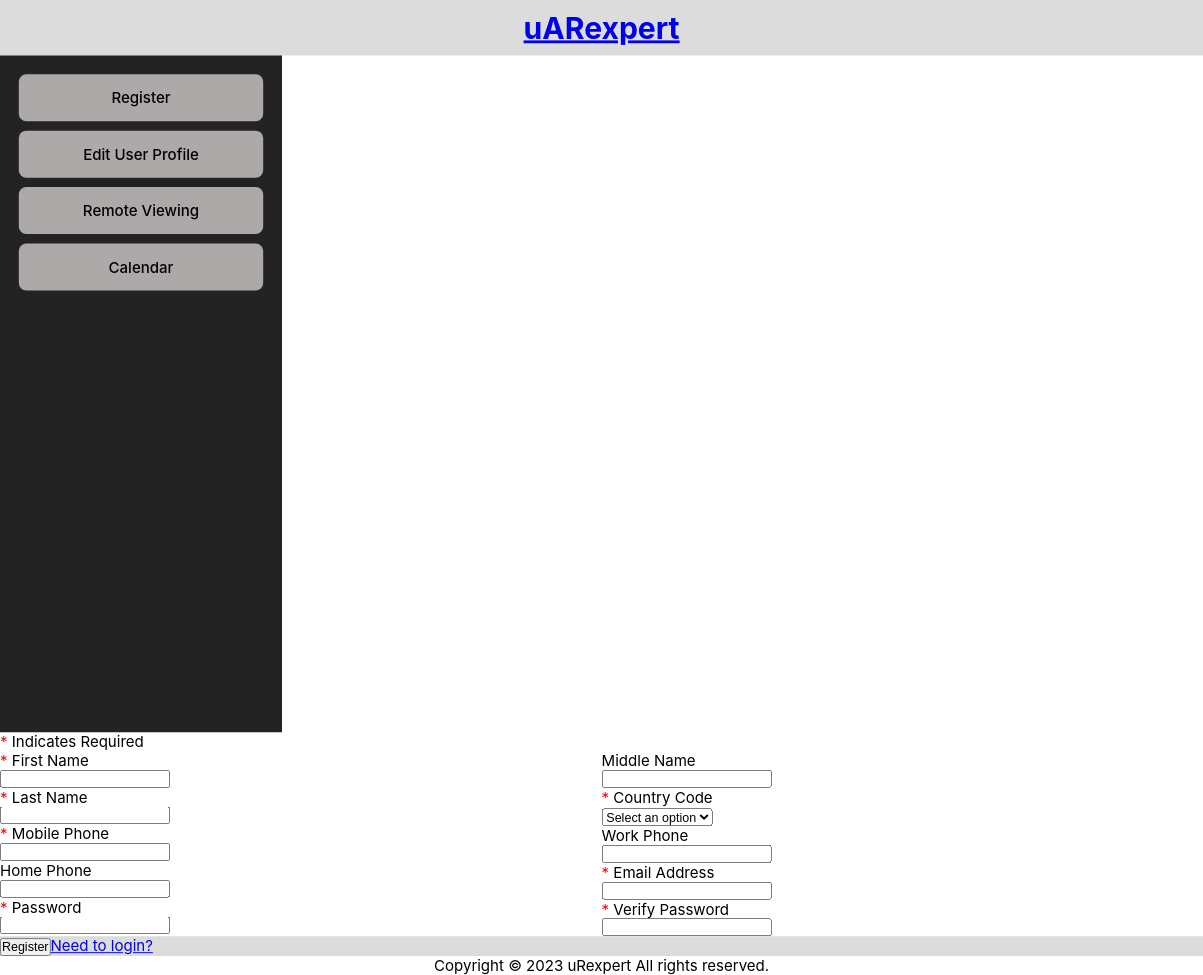
Repository: onionNguyen/Senior-Design-Project
Page: /register (app in frontend/)
An editor plug-in stored every save of this project. The page is shown before and after the next save, followed by the edit.
The browser window is 1280 px wide. The pictures show the whole page, at 94% of full size.
The page's requests for data from a server got no answer. The project was rebuilt for these pictures with package versions that can differ from the ones it lists, and the page was loaded fresh each time. No one was signed in, and anything a server would have sent is missing. Also part of the build but not shown: frontend/src/components/pages/edit-user-profile/EditProfile.module.css, frontend/src/components/pages/edit-user-profile/EditProfile.js, frontend/src/components/pages/login/Login.module.css, frontend/src/components/pages/login/Login.js, frontend/src/components/pages/home/Home.module.css, frontend/src/components/pages/error/Unauthorized.js, frontend/src/components/pages/home/Home.js, frontend/src/components/pages/error/NotFound.js and 2 more.

Above is the page before, as saved 2023-10-27 01:28:52.

After the next save:
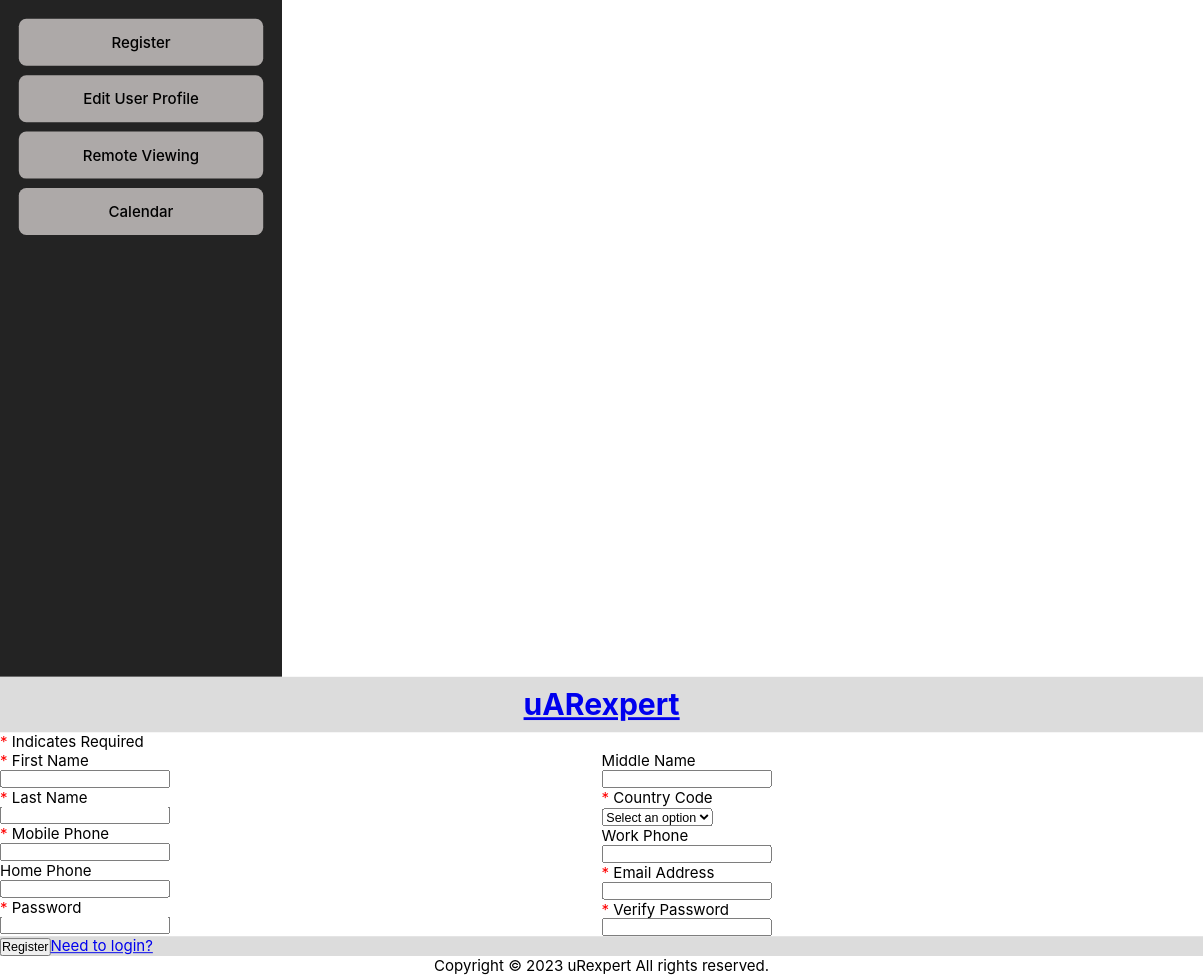
Saved 115 s later.
--- a/frontend/src/components/pages/registration/Register.js
+++ b/frontend/src/components/pages/registration/Register.js
@@ -163,8 +163,9 @@
 
   return (
     <div>
+      <SideNav />
       <Header />
-      <SideNav />
+
       <MessageRibbon messageList={errorMessages} />
       <IndicatesRequired />
       <form onSubmit={handleSubmit} noValidate>

After the save that followed:
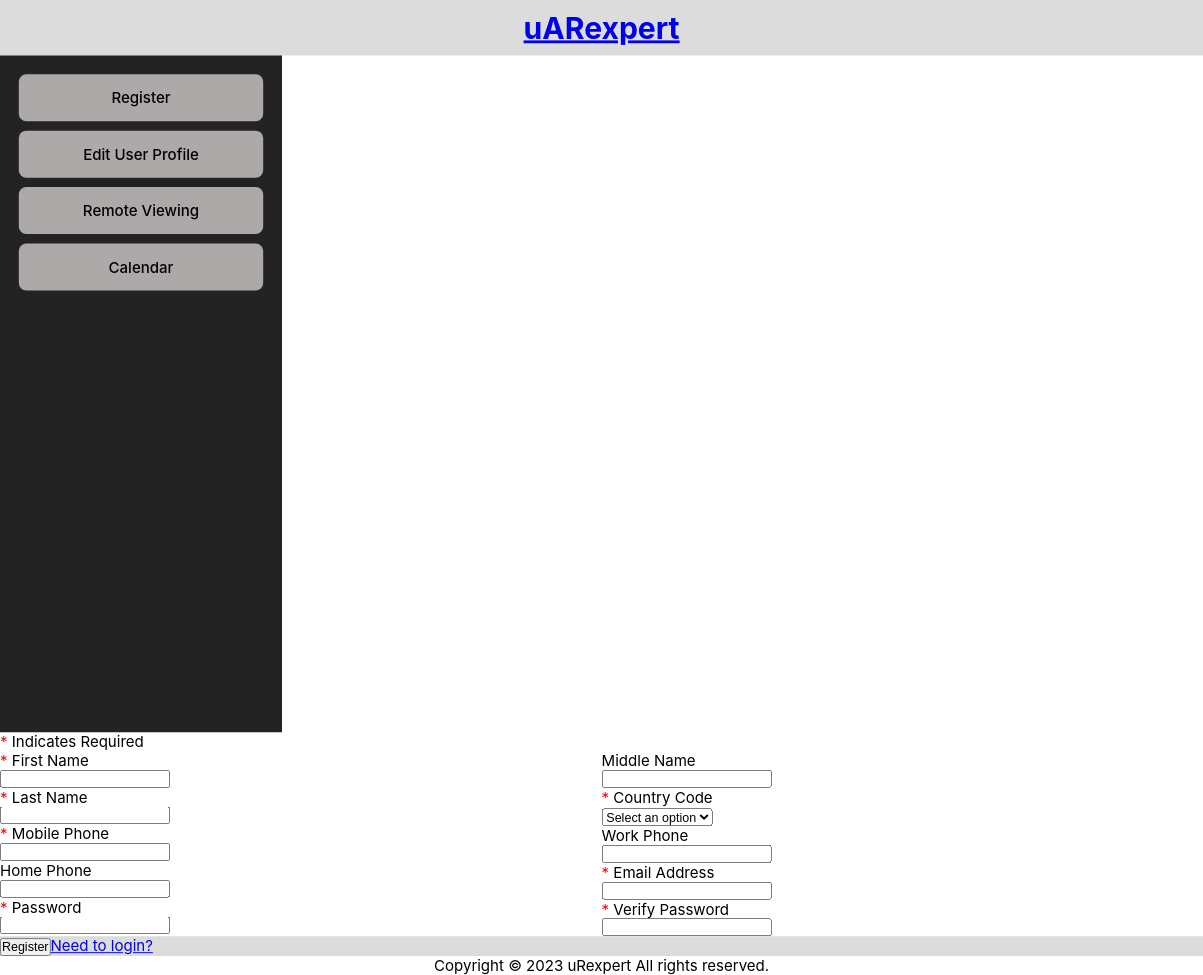
Saved 5 s later.
--- a/frontend/src/components/pages/registration/Register.js
+++ b/frontend/src/components/pages/registration/Register.js
@@ -163,9 +163,8 @@
 
   return (
     <div>
+      <Header />
       <SideNav />
-      <Header />
-
       <MessageRibbon messageList={errorMessages} />
       <IndicatesRequired />
       <form onSubmit={handleSubmit} noValidate>
